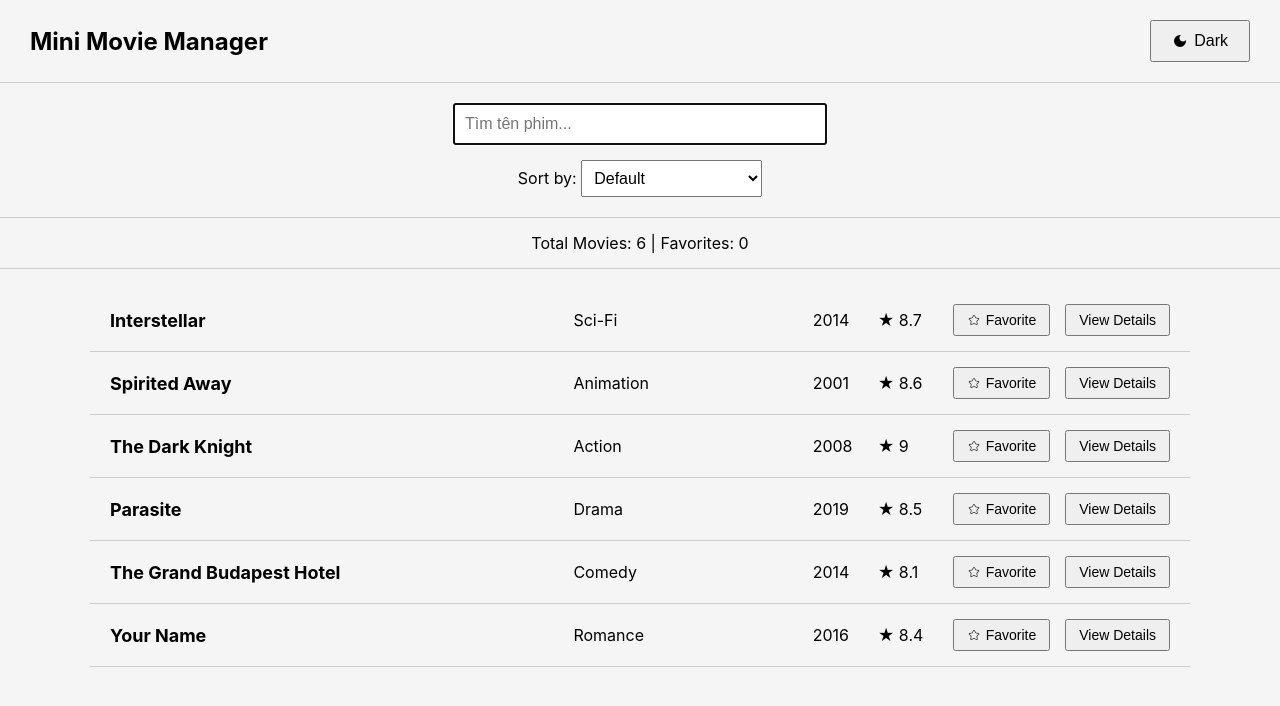
Repository: duyndhe195099/fer202_lab2
Page: /
The author's editor kept a copy of each file at every save. The page is drawn from the files as they stood at one save, then again after the next save.
The browser window is 1280 px wide. The pictures show the whole page.
The project was rebuilt for these pictures with package versions that can differ from the ones it lists, and the page was loaded fresh each time. Also part of the build but not shown: src/components/MovieDetail.js.

Above is the page before, as saved 2026-10-02 11:07:17.

After the next save:
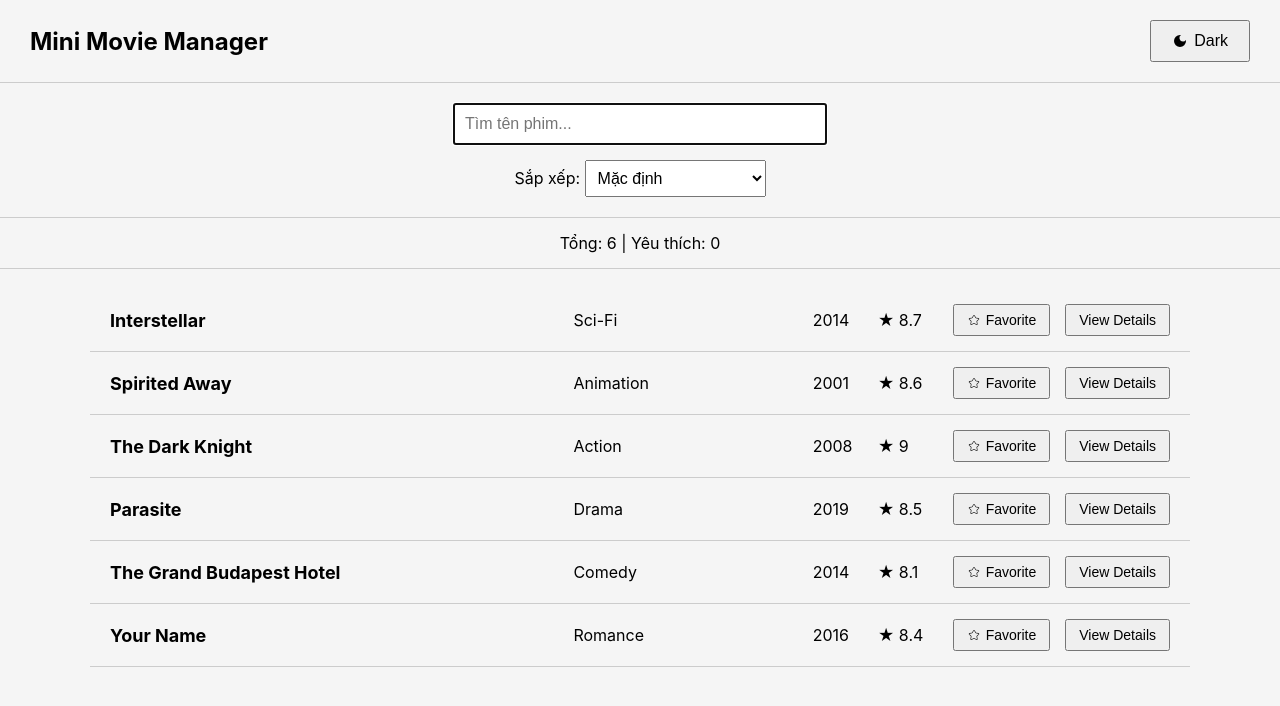
Saved 5 min 22 s later.
--- a/src/App.js
+++ b/src/App.js
@@ -11,19 +11,19 @@ import useLocalStorage from "./hooks/useLocalStorage";
 import { movies } from "./datas/movies";
 
 function App() {
-  // useContext
+
   const { darkMode } = useContext(ThemeContext);
 
-  // useState
+
   const [keyword, setKeyword] = useState("");
   const [genre, setGenre] = useState("All Genres");
   const [sortBy, setSortBy] = useState("default");
   const [selectedMovie, setSelectedMovie] = useState(null);
 
-  // useState + useEffect + localStorage (key: movie_favorites)
+
   const [favorites, setFavorites] = useLocalStorage("movie_favorites", []);
 
-  // useCallback - thêm/bỏ yêu thích
+
   const toggleFavorite = useCallback(
     (id) => {
       setFavorites((prev) =>
@@ -33,12 +33,12 @@ function App() {
     [setFavorites],
   );
 
-  // useCallback - xem chi tiết (chỉ giữ 1 phim được chọn)
+
   const viewDetail = useCallback((movie) => {
     setSelectedMovie(movie);
   }, []);
 
-  // useMemo - tính danh sách cuối cùng: tìm kiếm + lọc thể loại + sắp xếp
+
   const filteredMovies = useMemo(() => {
     const kw = keyword.trim().toLowerCase();
 
@@ -81,13 +81,13 @@ function App() {
           <GenreFilter genre={genre} setGenre={setGenre} />
 
           <label style={{ fontSize: "16px" }}>
-            Sort by:{" "}
+            Sắp xếp:{" "}
             <select
               value={sortBy}
               onChange={(e) => setSortBy(e.target.value)}
               style={{ padding: "8px", fontSize: "16px" }}
             >
-              <option value="default">Default</option>
+              <option value="default">Mặc định</option>
               <option value="desc">Rating: High → Low</option>
               <option value="asc">Rating: Low → High</option>
             </select>
@@ -103,7 +103,7 @@ function App() {
           borderBottom: "1px solid #ccc",
         }}
       >
-        Total Movies: {filteredMovies.length} | Favorites: {favorites.length}
+        Tổng: {filteredMovies.length} | Yêu thích: {favorites.length}
       </p>
 
       <div
